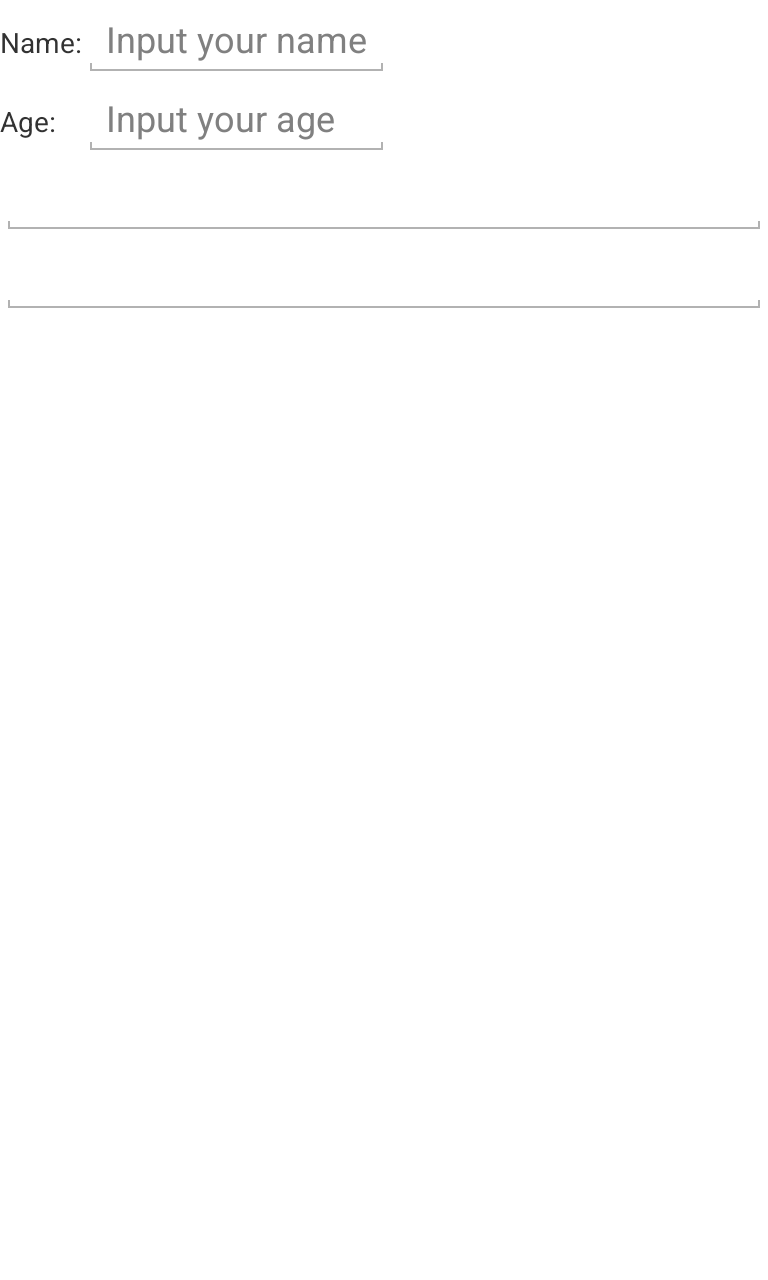
Repository: JDLINLC/android-dev
Layout: ModifyQQ/res/layout/showdetail_activity.xml
These files come from the project's save history. The layout is drawn as it stood at one moment and after the next save; the edit follows.
It is drawn on a 768 x 1280 px phone screen (xhdpi) without system bars, with theme AppTheme; the app's code is not run.

Above is the layout before, as saved 2015-04-22 08:38:59.

### ModifyQQ/res/layout/showdetail_activity.xml
<?xml version="1.0" encoding="utf-8"?>
<TableLayout xmlns:android="http://schemas.android.com/apk/res/android"
    android:layout_width="match_parent"
    android:layout_height="match_parent"
    android:orientation="vertical" >

    <TableRow>
        <TextView
            android:layout_height="wrap_content"
            android:text="Name:"/>
        <EditText
            android:id="@+id/name"
            android:layout_height="wrap_content"
            android:hint="Input your name"/>
    </TableRow>
    <TableRow>
        <TextView
            android:layout_height="wrap_content"
            android:text="Age:"/>
        <EditText
            android:id="@+id/age"
            android:layout_height="wrap_content"
            android:hint="Input your age"/>
    </TableRow>
    <EditText
        android:id="@+id/edit1_text"
        android:layout_width="match_parent"
        android:layout_height="wrap_content"
        />

    <EditText
        android:id="@+id/edit2_text"
        android:layout_width="match_parent"
        android:layout_height="wrap_content"
        />


</TableLayout>

Loaded but not shown: ModifyQQ/res/values/styles.xml (common file); ModifyQQ/res/values-v11/styles.xml (common file); ModifyQQ/res/values-v14/styles.xml (common file)

After the next save:
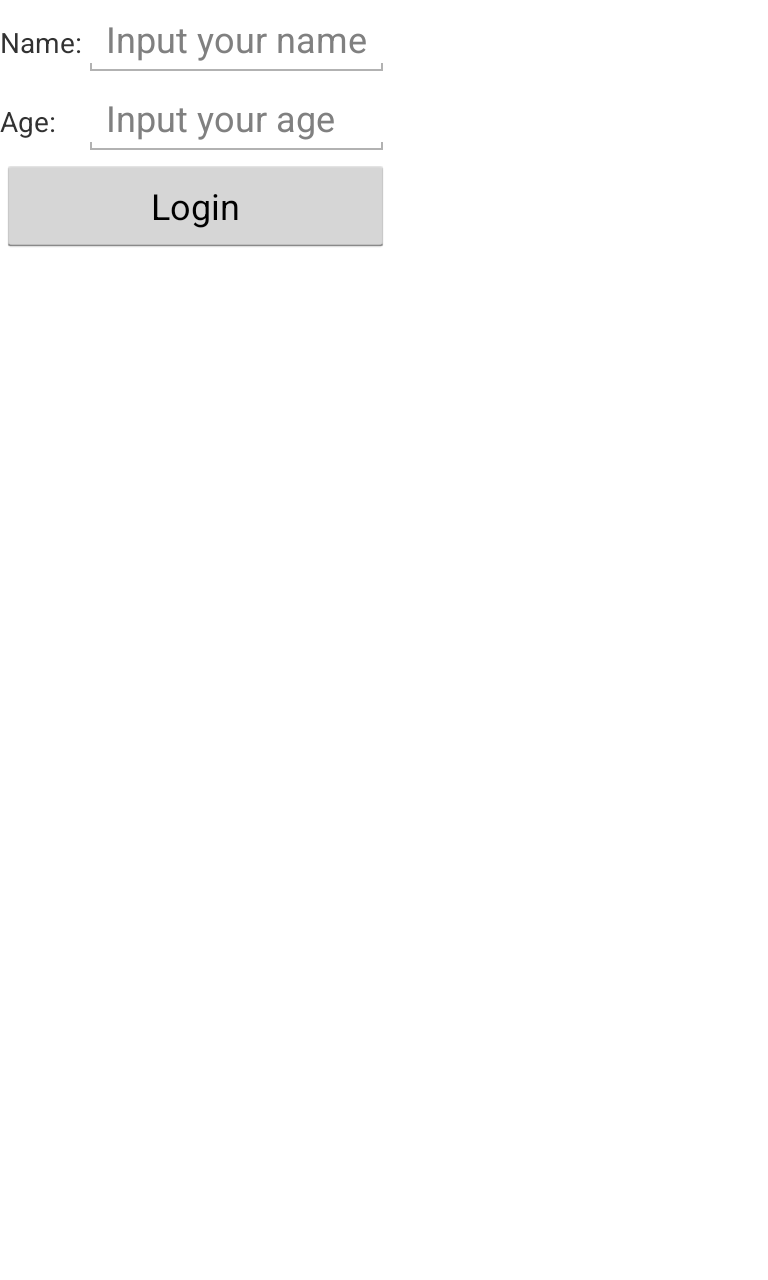
Saved 4 min 25 s later.
--- a/ModifyQQ/res/layout/showdetail_activity.xml
+++ b/ModifyQQ/res/layout/showdetail_activity.xml
@@ -22,17 +22,13 @@
             android:layout_height="wrap_content"
             android:hint="Input your age"/>
     </TableRow>
-    <EditText
-        android:id="@+id/edit1_text"
-        android:layout_width="match_parent"
-        android:layout_height="wrap_content"
-        />
-
-    <EditText
-        android:id="@+id/edit2_text"
-        android:layout_width="match_parent"
-        android:layout_height="wrap_content"
-        />
+    <TableRow>
+        <Button
+            android:id="@+id/Login"
+            android:layout_height="wrap_content"
+            android:layout_span="2"
+            android:text="Login"/>
+    </TableRow>
 
 
 </TableLayout>
